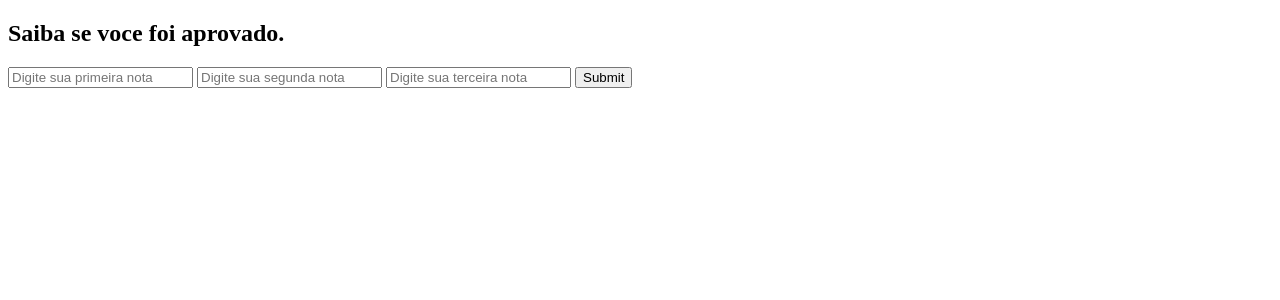
Repository: analessp/logica1
Page: index.html
An editor plug-in stored every save of this project. The page is shown before and after a run of saves, followed by the edit.
The browser window is 1280 px wide. The pictures show the whole page.

Above is the page before, as saved 2025-04-30 09:24:12.
Console error: SyntaxError: Identifier 'nota1' has already been declared

After the next 3 saves:
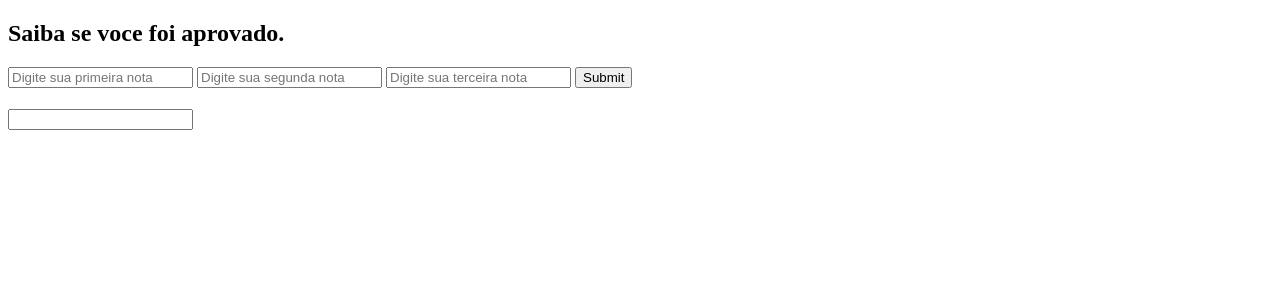
The error is gone.
The 3 saves are shown as one change because they came seconds apart.
The last was saved 10 s later.
--- a/index.html
+++ b/index.html
@@ -15,7 +15,7 @@
     <h4 id="resultado final"></h4>
 </div>
 <div>
-
+    <input type=">
 </div>
     <script src="app.js"></script>
 </body>
